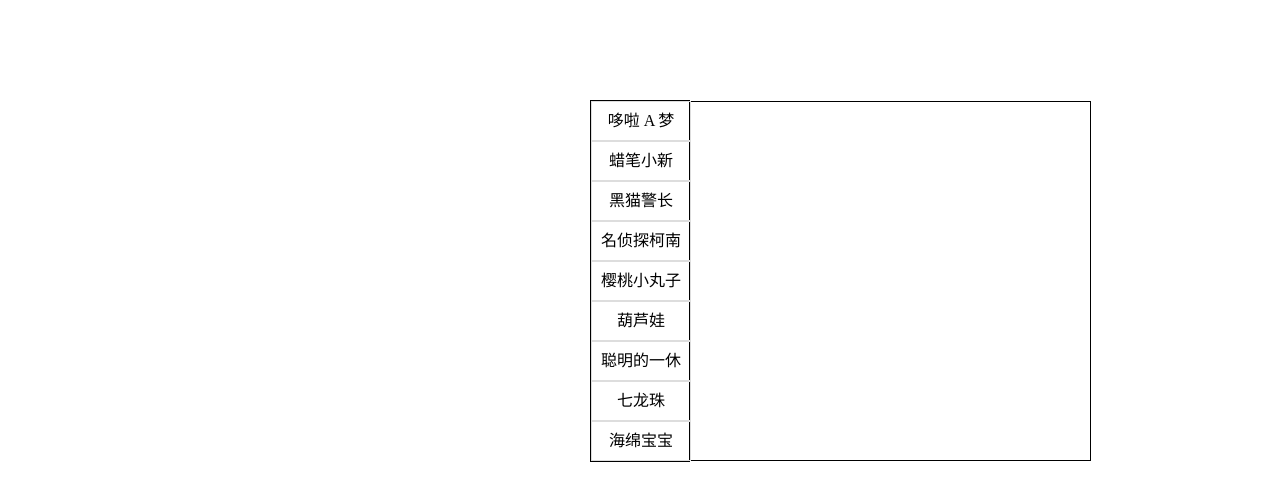
Repository: iccyyxx/StudyNotes
Page: JQuery/使用jQuery实现图片展示案例/index.html
These files come from the project's save history. The page is drawn as it stood at one moment and after the next save; the edit follows.
The browser window is 1280 px wide. The pictures show the whole page.

Above is the page before, as saved 2021-08-29 18:01:09.

### JQuery/使用jQuery实现图片展示案例/index.html
<!DOCTYPE html>
<html lang="en">

<head>
    <meta charset="UTF-8">
    <meta http-equiv="X-UA-Compatible" content="IE=edge">
    <meta name="viewport" content="width=device-width, initial-scale=1.0">
    <title>Document</title>
    <link rel="stylesheet" href="index.css">
</head>

<body>
    <!-- 主体 -->
    <div id="show" class="show">
        <!-- 左侧tab栏 -->
        <div class="left-tab">
            <ul>
                <li><a href="">哆啦 A 梦</a></li>
                <li><a href="">蜡笔小新</a></li>
                <li><a href="">黑猫警长</a></li>
                <li><a href="">名侦探柯南</a></li>
                <li><a href="">樱桃小丸子</a></li>
                <li><a href="">葫芦娃</a></li>
                <li><a href="">聪明的一休</a></li>
                <li><a href="">七龙珠</a></li>
                <li><a href="">海绵宝宝</a></li>
            </ul>
        </div>
        <div class="right-image">

        </div>
        <!-- 右侧图片展示栏 -->
    </div>
</body>

</html>

### JQuery/使用jQuery实现图片展示案例/index.css
* {
    padding: 0;
    margin: 0;
    box-sizing: border-box;
}

li, ul {
    list-style: none;
}

a {
    text-decoration: none;
}

a:visited {
    text-decoration: none;
    color: black;
}

.show {
    /* 水平居中 */
    margin: 100px auto;
    width: 100px;
    border: 1px solid black;
}

.left-tab li {
    float: left;
    width: 100px;
    height: 40px;
    text-align: center;
    line-height: 37px;
    border: solid 1px #ddd;
}

.right-image {
    width: 500px;
    height: 360px;
    border: 1px solid black;
}

After the next save:
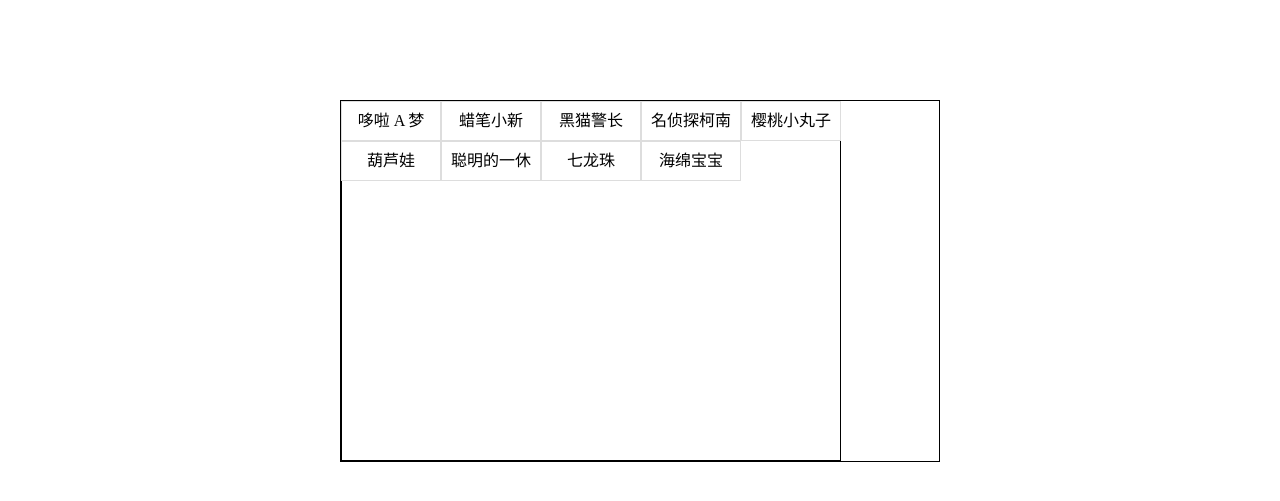
Saved 9 s later.
--- a/JQuery/使用jQuery实现图片展示案例/index.css
+++ b/JQuery/使用jQuery实现图片展示案例/index.css
@@ -20,7 +20,7 @@
 .show {
     /* 水平居中 */
     margin: 100px auto;
-    width: 100px;
+    width: 600px;
     border: 1px solid black;
 }
 
